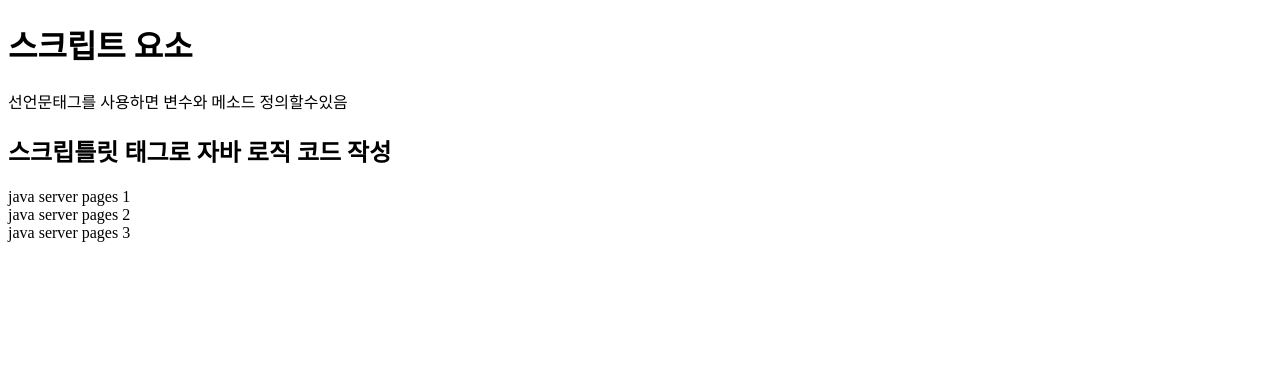
Repository: design-view/jspstudy
Page: http://localhost/GreenJsp/01jspdefault/scriptElement.jsp
The author's editor kept a copy of each file at every save. The page is drawn from the files as they stood at one save, then again after the next save.
The browser window is 1280 px wide. The pictures show the whole page.
The page is served by Tomcat 9. Nobody is signed in. The application's start-up code is not run. Other server files are loaded and not shown.

Above is the page before, as saved 2024-01-09 02:06:12.

### GreenJsp/src/main/webapp/01jspdefault/scriptElement.jsp
<%@ page language="java" contentType="text/html; charset=UTF-8"
    pageEncoding="UTF-8"%>
<!DOCTYPE html>
<html>
<head>
<meta charset="UTF-8">
<title>Insert title here</title>
</head>
<body>
	<h1>스크립트 요소</h1>
	<p>선언문태그를 사용하면 변수와 메소드 정의할수있음</p>
	<%!

		int count=3;
		String makeItLower(String str){
			int len = str.length();
			return str.toLowerCase();
		}
		int aa = 100;

	%>
	<h2>스크립틀릿 태그로 자바 로직 코드 작성</h2>
	<%
		for(int i=1; i<=count; i++){
			out.println("java server pages " + i + "<br>");
		}
	%>
</body>
</html>

After the next save:
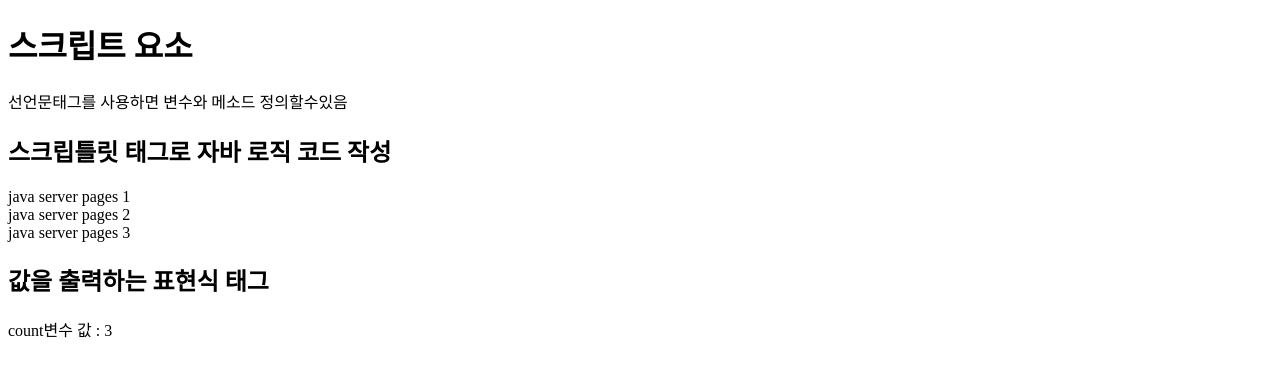
Saved 2 min 40 s later.
--- a/GreenJsp/src/main/webapp/01jspdefault/scriptElement.jsp
+++ b/GreenJsp/src/main/webapp/01jspdefault/scriptElement.jsp
@@ -10,14 +10,11 @@
 	<h1>스크립트 요소</h1>
 	<p>선언문태그를 사용하면 변수와 메소드 정의할수있음</p>
 	<%!
-
 		int count=3;
 		String makeItLower(String str){
 			int len = str.length();
 			return str.toLowerCase();
 		}
-		int aa = 100;
-
 	%>
 	<h2>스크립틀릿 태그로 자바 로직 코드 작성</h2>
 	<%
@@ -25,5 +22,7 @@
 			out.println("java server pages " + i + "<br>");
 		}
 	%>
+	<h2>값을 출력하는 표현식 태그</h2>
+	<p>count변수 값 : <%=count%></p>
 </body>
 </html>
